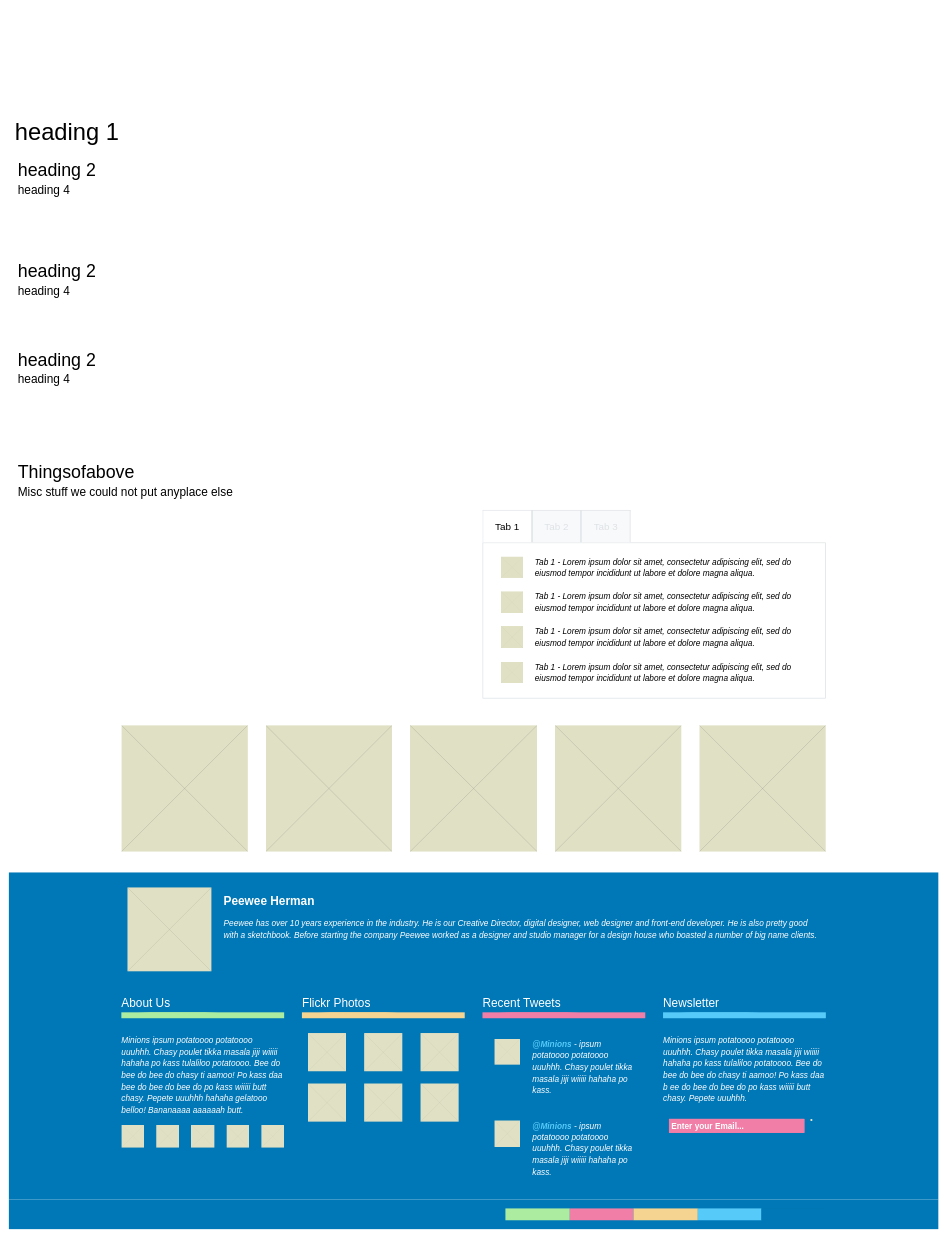
Repository: MonicaNguyenH/LAB-02A-Project1
Page: index.html
An editor plug-in stored every save of this project. The page is shown before and after the next save, followed by the edit.
The browser window is 1280 px wide. The pictures show the whole page, at 74% of full size.

Above is the page before, as saved 2024-02-08 19:46:35.

After the next save:
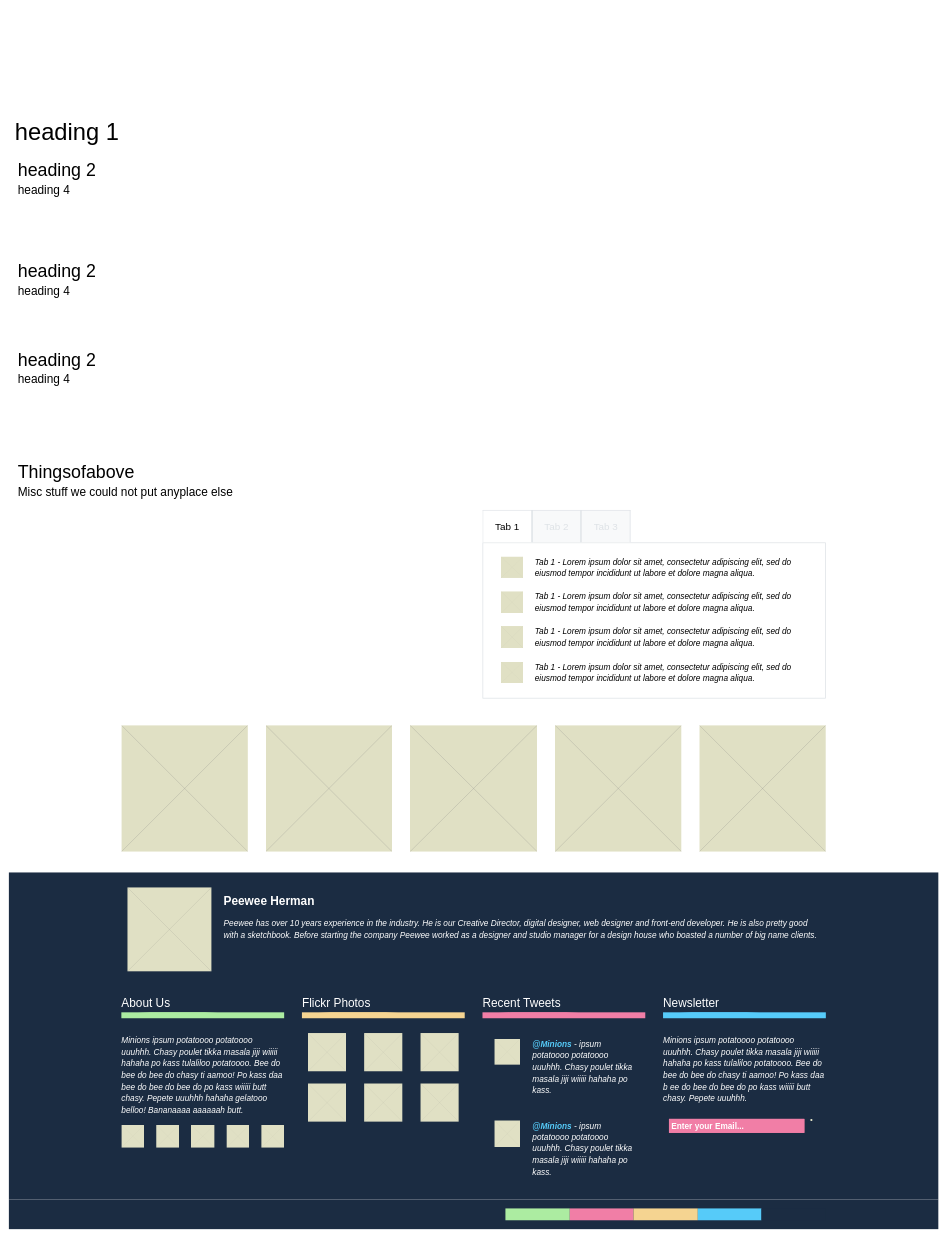
Saved 39 s later.
--- a/css/style.css
+++ b/css/style.css
@@ -10,7 +10,7 @@
     --grey: #DEE2E6;
     --light-grey: #F8F9FA;
     --blue: #56CBF9;
-    --dark-blue: #0077b6;
+    --medium-blue: #0077b6;
     --green: #ACECA1;
     --yellow: #F5D491;
     --pink: #F17EA6;
